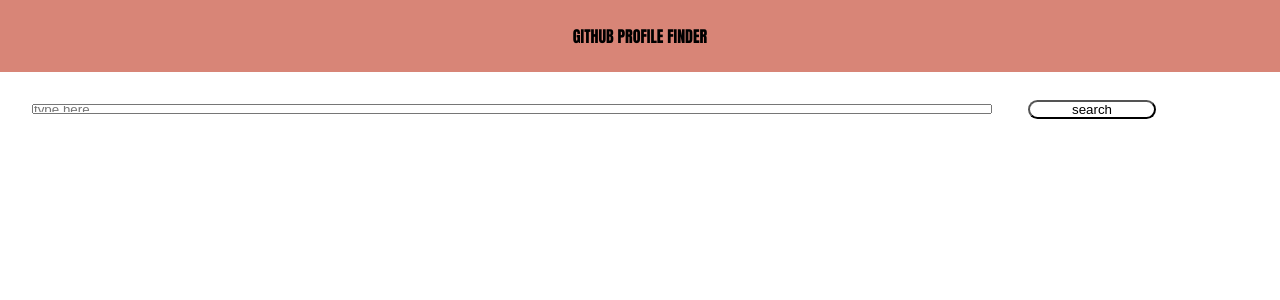
Repository: nilesjamex/githubprofilefinder
Page: index.html
These files come from the project's save history. The page is drawn as it stood at one moment and after the next save; the edit follows.
The browser window is 1280 px wide. The pictures show the whole page.

Above is the page before, as saved 2020-11-18 22:56:20.

### index.html
<!DOCTYPE html>
<html lang="en">
<head>
    <meta charset="UTF-8">
    <meta name="viewport" content="width=device-width, initial-scale=1.0">
    <meta http-equiv="X-UA-Compatible" content="IE=7">
    <meta name="description" content="github profile finder niles egbaidomeh">
    <link rel="stylesheet" href="./styles.css">
    <link rel="preconnect" href="https://fonts.gstatic.com">
    <link href="https://fonts.googleapis.com/css2?family=Anton&family=Roboto+Condensed:ital,wght@0,700;1,300&display=swap" rel="stylesheet">
    <title>Github Profile Finder</title>
</head>
<body>
  <nav>
      <div class="nav-text">
          GITHUB PROFILE FINDER
      </div>
  </nav>
  <section>
      <div>
          <form method="get">
              <input type="text" name="" placeholder="type here..." id="" size="70%">
              <input type="submit" value="search">
          </form>
      </div>
      <div class="api-container">

      </div>
  </section>
</body>
</html>

### styles.css
*{
    margin: 0;
    padding: 0;
    box-sizing: border-box;
}
nav{
    min-height: 10vh;
    background-color: #d88577;
    display: flex;
    justify-content: center;
    align-items: center;
}
.nav-text{
    font-family: 'Anton', sans-serif;
}
input[type=text]{
    width: 75%;
    margin: 2rem;
    height: 10px;
}
input[type=submit]{
    width: 10%;
    border-radius: 40px;
    background: transparent;
}
input[type=submit]:hover{
    background-color: #d88577;
}

After the next save:
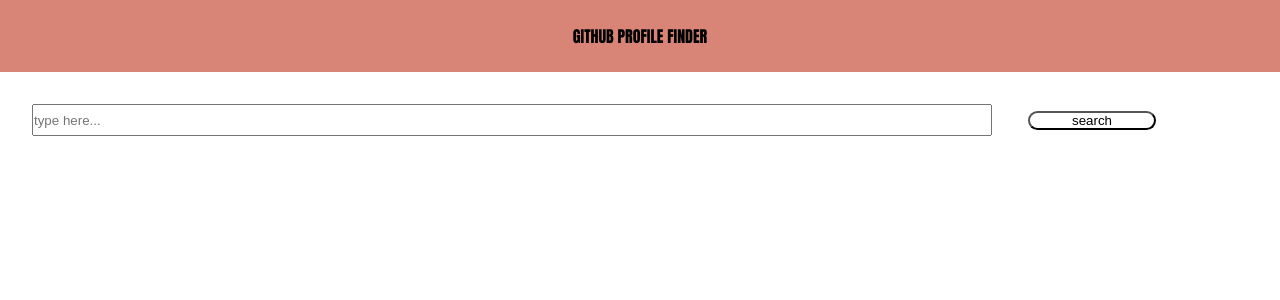
Saved 12 s later.
--- a/styles.css
+++ b/styles.css
@@ -16,7 +16,7 @@
 input[type=text]{
     width: 75%;
     margin: 2rem;
-    height: 10px;
+    height: 2rem;
 }
 input[type=submit]{
     width: 10%;
